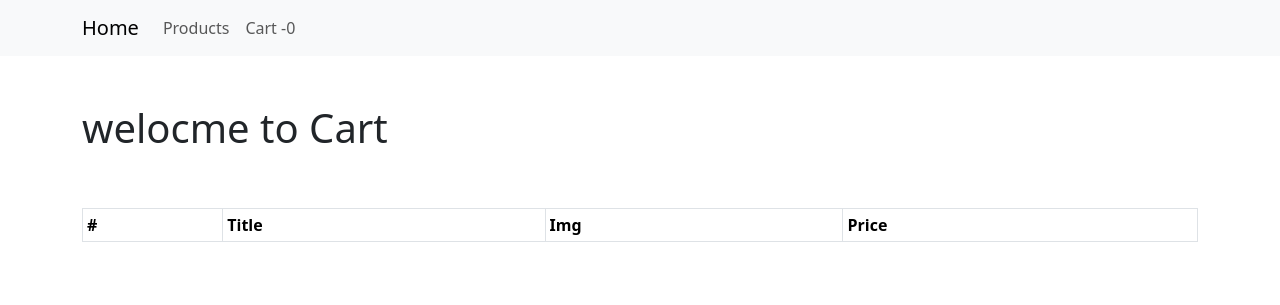
Repository: abdulrahmanmahmood/Basic-Cart-App-Using-Redux-Toolkit
Page: /cart
The author's editor kept a copy of each file at every save. The page is drawn from the files as they stood at one save, then again after the next save.
The browser window is 1280 px wide. The pictures show the whole page.
The project was rebuilt for these pictures with package versions that can differ from the ones it lists, and the page was loaded fresh each time. Also part of the build but not shown: src/App.css, src/components/Produc.js, src/App.js.

Above is the page before, as saved 2023-09-28 21:42:22.

### public/index.html
<!DOCTYPE html>
<html lang="en">
  <head>
    <meta charset="utf-8" />
    <link rel="icon" href="%PUBLIC_URL%/favicon.ico" />
    <meta name="viewport" content="width=device-width, initial-scale=1" />
    <meta name="theme-color" content="#000000" />
    <meta
      name="description"
      content="Web site created using create-react-app"
    />

    <title>React App</title>
  </head>
  <body>
    <div id="root"></div>

  </body>
</html>

### src/index.js
import React from "react";
import ReactDOM from "react-dom/client";
import "./index.css";
import App from "./App";
import "bootstrap/dist/css/bootstrap.min.css";
import { createBrowserRouter, RouterProvider } from "react-router-dom";
import AppNavbar from "./components/AppNavbar";
import Cart from "./components/Cart";
import { Provider } from "react-redux";
import {store} from './rtk/store';
const router = createBrowserRouter([
  {
    path: "/",
    element: <App />,
  },
  {
    path: "/cart",
    element: (
      <>
        <AppNavbar />
        <Cart />
      </>
    ),
  },
]);

const root = ReactDOM.createRoot(document.getElementById("root"));
root.render(
  <React.StrictMode>
    <Provider store={store}>
      <RouterProvider router={router}>
        <App />
      </RouterProvider>
    </Provider>
  </React.StrictMode>
);

### src/components/AppNavbar.js
import React, { useEffect } from "react";
import { Container, Nav, NavDropdown, Navbar } from "react-bootstrap";
import { useSelector } from "react-redux";
import { Link } from "react-router-dom";

function AppNavbar() {
  const Cart = useSelector((state)=>state.cart);

useEffect(()=>{

},[])
  return (
    <Navbar expand="lg" className="bg-body-tertiary">
      <Container>
        <Link className="navbar-brand" to="/">
          Home
        </Link>
        <Navbar.Toggle aria-controls="basic-navbar-nav" />
        <Navbar.Collapse id="basic-navbar-nav">
          <Nav className="me-auto">
            <Link className="nav-link" to="/">
              Products
            </Link>
            <Link className="nav-link" to="/cart">
              Cart -{Cart.length}
            </Link>
          </Nav>
        </Navbar.Collapse>
      </Container>
    </Navbar>
  );
}

export default AppNavbar;

### src/components/Cart.js
import React from 'react'
import { useDispatch, useSelector } from 'react-redux'
import { deleteFromCart } from '../rtk/slicess/cart-slice'
import { Container, Table, Button } from 'react-bootstrap'

function Cart() {
  const dispatch = useDispatch()
  const cart = useSelector((state)=>state.cart)
  return (
    <Container>
    <h1 className='py-5'>welocme to Cart</h1>
    <Table striped bordered hover size="sm">
      <thead>
        <tr>
          <th>#</th>
          <th>Title</th>
          <th>Img</th>
          <th>Price</th>
        </tr>
      </thead>
      <tbody>
        {cart.map((item)=>(
    <tr key={item.id}>
    <td>{item.id}</td>
    <td>{item.title}</td>
    <td><img src={item.image} alt="" width={"100px"} height={"120px"} /></td>
    <td>{item.price} $</td>
    <td><Button variant='danger' onClick={()=>dispatch(deleteFromCart(item))}>Delete</Button></td>
  </tr>
        ))}


      </tbody>
    </Table>
    </Container>
  )
}

export default Cart

### src/rtk/store.js
import { configureStore } from '@reduxjs/toolkit'
import productsReducer from './slicess/products-slice'
import CartReducer from './slicess/cart-slice';

export const store = configureStore({
  reducer: {
    products:productsReducer,
    cart:CartReducer,
  },
})

### src/rtk/slicess/cart-slice.js
import { createSlice } from "@reduxjs/toolkit";

const cartSlice = createSlice({
  name:"cartSlice",
  initialState:[],
  reducers:{
    AddToCart:(state,action)=>{
      state = state.push(action.payload);
    },
    deleteFromCart:(state,action)=>{
    return  state = state.filter((item)=>item.id !== action.payload.id);
    },
    clearCart:(state, actoin)=>{
    return  state = []
    }
  },
  extraReducers:(builder)=>{}
});

export const {AddToCart, deleteFromCart, clearCart} = cartSlice.actions;
export default cartSlice.reducer;

### src/rtk/slicess/products-slice.js
import { createAsyncThunk, createSlice } from "@reduxjs/toolkit";


export const fetchProducts = createAsyncThunk("productsSlice/fetchProducts", async ()=>{
  const res = await fetch("https://fakestoreapi.com/products");
  const data = await res.json();
  return data;
})

const productsSlice = createSlice({
  name:"productsSlice",
  initialState:[],
  reducers:{

  },
  extraReducers:(builder)=>{
    builder.addCase(fetchProducts.pending,(state,action)=>{

    });
  builder.addCase(fetchProducts.fulfilled,(state,action)=>{
    return action.payload
  });
  builder.addCase(fetchProducts.rejected, (state,action)=>{

  })

  }
})

export const {} = productsSlice.actions;

export default productsSlice.reducer;

Loaded but not shown: src/index.css (common file)

After the next save:
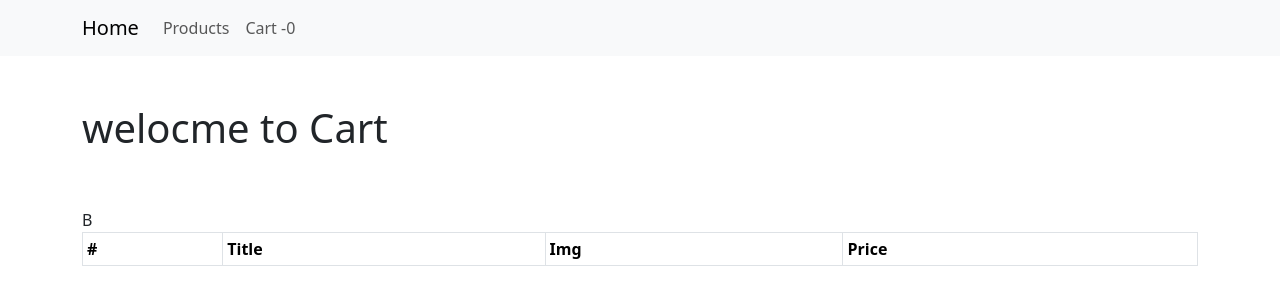
Saved 19 s later.
--- a/src/components/Cart.js
+++ b/src/components/Cart.js
@@ -9,6 +9,7 @@ function Cart() {
   return (
     <Container>
     <h1 className='py-5'>welocme to Cart</h1>
+    B
     <Table striped bordered hover size="sm">
       <thead>
         <tr>
